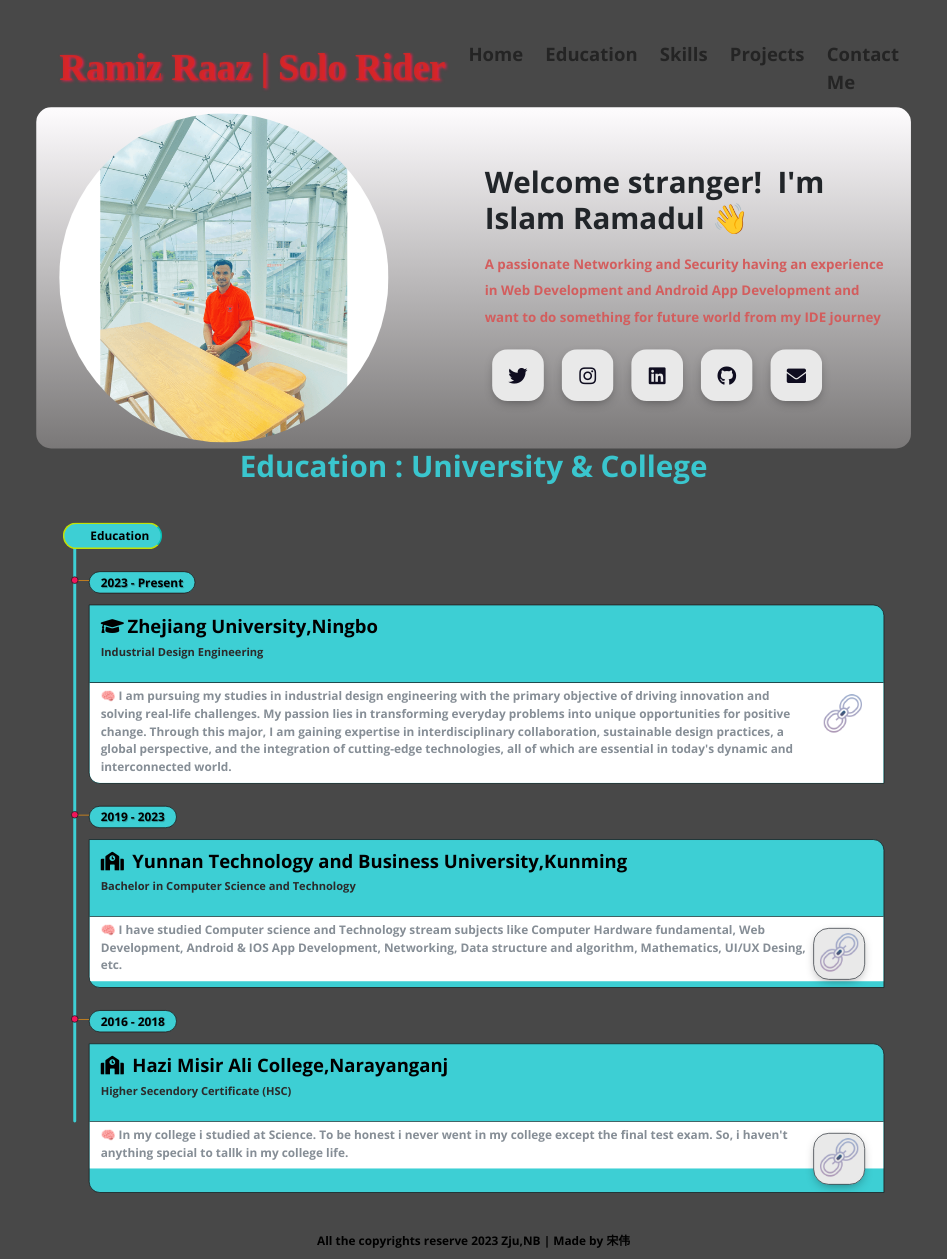
Repository: ramizraaz/ZjuProtfolio
Page: index.html
The author's editor kept a copy of each file at every save. The page is drawn from the files as they stood at one save, then again after the next save.
The browser window is 1280 px wide. The pictures show the whole page, at 74% of full size.
Some web fonts or font styles are not loaded; a fallback is used. Some web libraries are served in a nearby version.

Above is the page before, as saved 2023-10-08 19:10:43.

### index.html
<!DOCTYPE html>
<html lang="en" dir="ltr">

<head>
    <meta charset="utf-8">
    <meta name="viewport" content="width=device-width,initial-scale=1">
    <title>宋伟's Profile | Personal website</title>
    <link rel="icon" href="Image/RR.png">
    <link rel="stylesheet" href="https://stackpath.bootstrapcdn.com/bootstrap/4.5.0/css/bootstrap.min.css" integrity="sha384-9aIt2nRpC12Uk9gS9baDl411NQApFmC26EwAOH8WgZl5MYYxFfc+NcPb1dKGj7Sk" crossorigin="anonymous">
    <link rel="stylesheet" href="style.css">
    <link href="https://fonts.googleapis.com/css2?family=Arizonia&family=Montserrat:wght@400;800&display=swap" rel="stylesheet">
    <link href="https://fonts.googleapis.com/css2?family=Open+Sans:wght@700&display=swap" rel="stylesheet">
    <link rel="stylesheet" href="https://use.fontawesome.com/releases/v5.4.1/css/all.css" />
    <link rel="stylesheet" href="https://cdnjs.cloudflare.com/ajax/libs/font-awesome/5.13.1/css/all.min.css">
    <script src="https://code.jquery.com/jquery-3.5.1.slim.min.js" integrity="sha384-DfXdz2htPH0lsSSs5nCTpuj/zy4C+OGpamoFVy38MVBnE+IbbVYUew+OrCXaRkfj" crossorigin="anonymous"></script>
    <script src="https://cdn.jsdelivr.net/npm/popper.js@1.16.0/dist/umd/popper.min.js" integrity="sha384-Q6E9RHvbIyZFJoft+2mJbHaEWldlvI9IOYy5n3zV9zzTtmI3UksdQRVvoxMfooAo" crossorigin="anonymous"></script>
    <script src="https://stackpath.bootstrapcdn.com/bootstrap/4.5.0/js/bootstrap.min.js" integrity="sha384-OgVRvuATP1z7JjHLkuOU7Xw704+h835Lr+6QL9UvYjZE3Ipu6Tp75j7Bh/kR0JKI" crossorigin="anonymous"></script>
</head>

<body class="container-fluid body_section">
    <header>
        <nav class="navbar navbar-expand-lg navbar-light ">
            <a class="navbar-brand brand-name" href="#">Ramiz Raaz | Solo Rider</a>
            <button class="navbar-toggler" type="button" data-toggle="collapse" data-target="#navbarSupportedContent" aria-controls="navbarSupportedContent" aria-expanded="false" aria-label="Toggle navigation">
                  <span class="navbar-toggler-icon"></span>
                </button>
            <div class="collapse navbar-collapse" id="navbarSupportedContent">
                <ul class="navbar-nav ml-auto">
                    <li class="nav-item">
                        <a class="nav-link headerachor" href="index.html">Home</a>
                    </li>

                    <li class="nav-item">
                        <a class="nav-link headerachor" href="#Education">Education</a>
                    </li>
                    <li class="nav-item">
                        <a class="nav-link headerachor" href="">Skills</a>
                    </li>
                    <li class="nav-item">
                        <a class="nav-link headerachor" href="">Projects</a>
                    </li>
                    <li class="nav-item">
                        <a class="nav-link headerachor" href="">Contact Me</a>
                    </li>
                </ul>
        </nav>
    </header>
    <!-- Intro Section -->
    <section id="Home">
        <div class="row column1">
            <div class="col-lg-6 col-md-6 first-image">
                <img class="boyimage" src="img/me.gif" alt="">
            </div>
            <div class="col-lg-6 section-1">
                <h1 class="Hello">Welcome stranger!&nbsp&nbspI'm Islam Ramadul <span class="wave">👋</span></h1>
                <p>A passionate Networking and Security having an experience in Web Development and Android App Development and want to do something for future world from my IDE journey</p>
                <div class=social_media_icon>
                    <a class="btn" href="https://twitter.com/ramiz_raaz" target=_blank>
                        <i class="fab fa-twitter"></i>
                    </a>
                    <a class="btn" href="https://www.instagram.com/ramiz_raaz/" target=_blank>
                        <i class="fab fa-instagram"></i>
                    </a>
                    <a class="btn" href="https://www.linkedin.com/" target=_blank>
                        <i class="fab fa-linkedin" aria-hidden="true"></i>
                    </a>
                    <a class="btn" href="https://github.com/ramizraaz" target=_blank>
                        <i class="fab fa-github"></i>
                    </a>
                    <a class="btn" href="mailto:romiz.romeo.raaz@gmail.com/" target=_blank>
                        <i class="fa fa-envelope"></i>
                    </a>
                </div>
            </div>
    </section>
    <!-- Education Section -->
    <section id="Education">
        <div class="container">
            <div class="Heading">
                <h1>Education : University & College</h1>
                <br>
            </div>
            <div class="timeline">
                <div class="timeline-month">
                    Education
                </div>
                <div class="timeline-section">
                    <div class="timeline-date">
                        2023 - Present
                    </div>
                    <div class="row">
                        <div class="col-lg">
                            <div class="timeline-box">
                                <div class="box-title">
                                    <i class="fas fa-graduation-cap" aria-hidden="true"></i>Zhejiang University,Ningbo
                                    <p class="degree">Industrial Design Engineering</p>
                                </div>
                                <div class="box-content">
                                    <a class=" btn-sm  float-right" role="button" href="https://www.zju.edu.cn/english/" target=_blank id="lBtn"><img src="img/BTN.png" alt="visit here"></a>
                                    <div class="box-item">🧠 I am pursuing my studies in industrial design engineering with the primary objective of driving innovation and solving real-life challenges. My passion lies in transforming everyday problems into unique opportunities
                                        for positive change. Through this major, I am gaining expertise in interdisciplinary collaboration, sustainable design practices, a global perspective, and the integration of cutting-edge technologies, all of which
                                        are essential in today's dynamic and interconnected world.</div>
                                </div>
                            </div>
                        </div>
                    </div>
                </div>

                <div class="timeline-section">
                    <div class="timeline-date">
                        2019 - 2023
                    </div>
                    <div class="row">
                        <div class="col-lg">
                            <div class="timeline-box">
                                <div class="box-title">
                                    <i class="fas fa-school" aria-hidden="true"></i> Yunnan Technology and Business University,Kunming
                                    <p class="degree">Bachelor in Computer Science and Technology</p>
                                </div>
                                <div class="box-content">
                                    <a class="btn btn-sm btn-dark float-right" role="button" id="lBtn"><img src="img/BTN.png" alt="visit here"></a>
                                    <div class="box-item ">🧠 I have studied Computer science and Technology stream subjects like Computer Hardware fundamental, Web Development, Android & IOS App Development, Networking, Data structure and algorithm, Mathematics, UI/UX Desing,
                                        etc.
                                    </div>

                                </div>
                            </div>
                        </div>
                    </div>
                </div>

                <div class="timeline-section ">
                    <div class="timeline-date ">
                        2016 - 2018
                    </div>
                    <div class="row ">
                        <div class="col-lg ">
                            <div class="timeline-box ">
                                <div class="box-title ">
                                    <i class="fas fa-school " aria-hidden="true "></i> Hazi Misir Ali College,Narayanganj
                                    <p class="degree "> Higher Secendory Certificate (HSC)</p>
                                </div>
                                <div class="box-content ">
                                    <a class="btn btn-sm btn-dark float-right " role="button " id="lBtn"><img src="img/BTN.png" alt="visit here"></a>
                                    <div class="box-item ">🧠 In my college i studied at Science. To be honest i never went in my college except the final test exam. So, i haven't anything special to tallk in my college life.</div>
                                    <div class="box-item "><b>

                                </div>
                            </div>
                        </div>
                    </div>
                </div>
            </div>
        </div>
    </section>

    </form>
    <footer class=footer>All the copyrights reserve 2023 Zju,NB | Made by 宋伟</footer>
</body>

</html>

### style.css
body {
    font-family: 'Open Sans', sans-serif;
    margin: 0;
    background: #b1adad;
    animation: pulse 10s infinite;
}

@keyframes pulse {
    0% {
        background: #F2F2F2;
    }
    10% {
        background: #FFFFFF;
    }
    20% {
        background: #d6d6d6e2;
        ;
    }
    30% {
        background: #acacacd8;
    }
    40% {
        background: #6b6b6bcf;
    }
    50% {
        background: #484848;
    }
    60% {
        background: #292929c8;
    }
    70% {
        background: #2f2e2ebc;
    }
    80% {
        background: #242424bb;
    }
    90% {
        background: #1e1e1ef7;
    }
    100% {
        background: #a6a6a6;
    }
}

.body_section {
    padding: 3% 5% 1%;
}

p {
    font-size: 18px;
}

a {
    text-decoration: none;
}

@font-face {
    font-family: "Lovely Home";
    src: local('Lovely Home'), url("Image/LovelyHome-9aBZ.ttf") format('truetype');
}

.brand-name,
.navbar-light .navbar-brand {
    font-family: "Lovely Home";
    font-size: 50px;
    font-weight: bold;
    color: #d72525e4;
    text-shadow: 2px 2px 4px #e71f4a;
}

.headerachor {
    margin: 0 7px 0 7px;
    border-radius: 15px;
    font-size: 25px;
}

.headerachor:hover {
    background-color: #ffffff82;
}


/* Section 1 */

.column1 {
    background-image: linear-gradient(#fefcfe, #7a7878);
    padding: 8px 16px;
    border-radius: 20px;
}

.section-1 {
    margin-top: 6%;
    text-align: left;
    position: relative;
}

span.wave {
    animation-name: wave-animation;
    animation-duration: 2.5s;
    animation-iteration-count: infinite;
    transform-origin: 70% 70%;
    display: inline-block;
}

@keyframes wave-animation {
    0% {
        transform: rotate( 0.0deg)
    }
    10% {
        transform: rotate(-10.0deg)
    }
    20% {
        transform: rotate( 12.0deg)
    }
    30% {
        transform: rotate(-10.0deg)
    }
    40% {
        transform: rotate( 9.0deg)
    }
    50% {
        transform: rotate( 0.0deg)
    }
    100% {
        transform: rotate( 0.0deg)
    }
}

.boyimage {
    height: 445px;
    border-radius: 50%;
}

@media only screen and (max-width: 1183px) {
    .first-image {
        right: 160px;
    }
}

.Image-boy {
    text-align: center;
    align-items: center;
}

@media only screen and (min-width:951px) {
    .Image-boy {
        display: none;
    }
}

.Hello {
    margin-bottom: 20px;
}

p {
    line-height: 2;
    color: #d35d5d;
}

.btn {
    display: inline-block;
    width: 4.37rem;
    height: 4.37rem;
    background: #e9e9e9;
    padding: 0px 0px;
    margin: 10px;
    border-radius: 30%;
    box-shadow: 0 5px 15px -5px #00000070;
    color: #0f0d20;
    overflow: hidden;
    position: relative;
}

.btn i {
    line-height: 70px;
    font-size: 1.625rem;
    transition: 0.2s linear;
}

.btn:hover i {
    transform: scale(1.3);
    color: #f1f1f1;
}

.btn::before {
    content: "";
    position: absolute;
    width: 120%;
    height: 120%;
    background: #f37312;
    transform: rotate(45deg);
    left: -110%;
    top: 90%;
}

.btn:hover::before {
    animation: aaa 0.7s 1;
    top: -10%;
    left: -10%;
}

@media only screen and (max-width:470px) {
    .btn {
        width: 2.5rem;
        height: 2.5rem;
        margin: 7px;
    }
    .btn i {
        line-height: 40px;
        font-size: 1em;
    }
}


/* Education CSS */

.Heading {
    text-align: center;
    color: #3ac6ce;
}

.timeline {
    margin-top: 20px;
    position: relative;
}

.timeline:before {
    position: absolute;
    content: '';
    width: 4px;
    height: calc(100% - 100px);
    background: #3dcfd4;
    left: 14px;
    top: 5px;
    border-radius: 4px;
}

.timeline-month {
    color: black;
    position: relative;
    padding: 4px 15px 4px 35px;
    background-color: #3dcfd4;
    display: inline-block;
    width: auto;
    border-radius: 40px;
    border: 2px solid #c3e006;
    border-right-color: rgb(6, 193, 183);
    margin-bottom: 30px;
}

.timeline-section {
    padding-left: 35px;
    display: block;
    position: relative;
    margin-bottom: 30px;
}

.timeline-date {
    margin-bottom: 15px;
    padding: 2px 15px;
    background: #3dcfd4;
    position: relative;
    display: inline-block;
    border-radius: 20px;
    border: 1px solid #1b1717;
    color: black;
    text-shadow: 1px 1px 1px rgba(0, 0, 0, 0.3);
}

.timeline-section:before {
    content: '';
    position: absolute;
    width: 30px;
    height: 1px;
    background-color: #e89014;
    top: 12px;
    left: 20px;
}

.timeline-section:after {
    content: '';
    position: absolute;
    width: 10px;
    height: 10px;
    background: #f3155b;
    top: 7px;
    left: 11px;
    border: 1px solid #17191B;
    border-radius: 100%;
}

.timeline-box {
    position: relative;
    color: black;
    background-color: #3dcfd4;
    border-radius: 15px;
    border-top-left-radius: 0px;
    border-bottom-right-radius: 0px;
    border: 1px solid #17191B;
    transition: all 0.3s ease;
    overflow: hidden;
}

.box-icon {
    position: absolute;
    right: 5px;
    top: 0px;
}

.box-title {
    padding: 10px 15px;
    font-size: 25px;
    border-bottom: 1px solid #17191B;
}

.degree {
    font-size: 15px;
    color: #2b2b2b;
}

.box-title i {
    margin-right: 5px;
}

.box-content {
    padding: 5px 15px;
    background-color: white;
}

.box-item {
    margin-bottom: 5px;
    color: #868e96;
    font-weight: 400;
}

.certificate {
    padding-top: 20px;
}

.certificate-text {
    text-align: center;
}

.box-shadow {
    box-shadow: 5px 5px 5px #d9dbdf;
}

footer {
    padding-top: 2%;
    color: #000000;
    text-align: center;
}

After the next save:
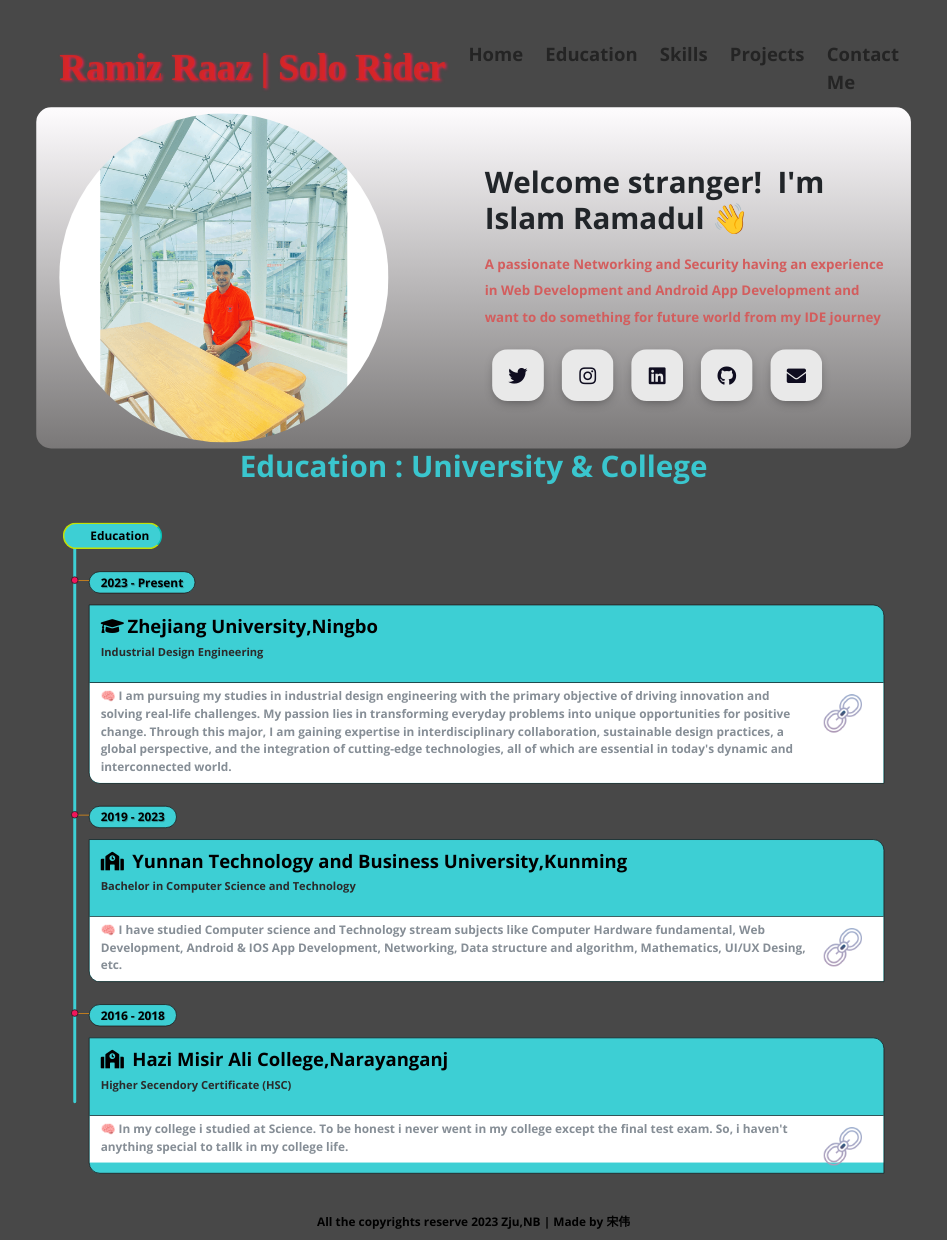
Saved 33 s later.
--- a/index.html
+++ b/index.html
@@ -118,7 +118,7 @@
                                     <p class="degree">Bachelor in Computer Science and Technology</p>
                                 </div>
                                 <div class="box-content">
-                                    <a class="btn btn-sm btn-dark float-right" role="button" id="lBtn"><img src="img/BTN.png" alt="visit here"></a>
+                                    <a class=" btn-sm  float-right" role="button" id="lBtn"><img src="img/BTN.png" alt="visit here"></a>
                                     <div class="box-item ">🧠 I have studied Computer science and Technology stream subjects like Computer Hardware fundamental, Web Development, Android & IOS App Development, Networking, Data structure and algorithm, Mathematics, UI/UX Desing,
                                         etc.
                                     </div>
@@ -141,7 +141,7 @@
                                     <p class="degree "> Higher Secendory Certificate (HSC)</p>
                                 </div>
                                 <div class="box-content ">
-                                    <a class="btn btn-sm btn-dark float-right " role="button " id="lBtn"><img src="img/BTN.png" alt="visit here"></a>
+                                    <a class=" btn-sm float-right " role="button " id="lBtn"><img src="img/BTN.png" alt="visit here"></a>
                                     <div class="box-item ">🧠 In my college i studied at Science. To be honest i never went in my college except the final test exam. So, i haven't anything special to tallk in my college life.</div>
                                     <div class="box-item "><b>
 
